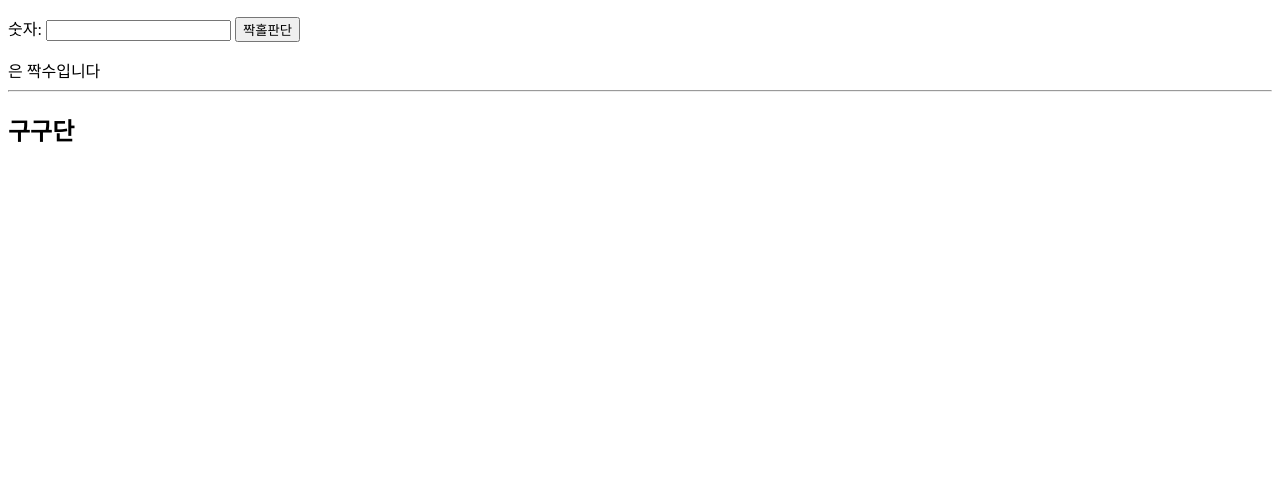
Repository: potatoy1/learning-jsp
Page: http://localhost/JSPBook/ch03/jstl.jsp
The author's editor kept a copy of each file at every save. The page is drawn from the files as they stood at one save, then again after a run of saves.
The browser window is 1280 px wide. The pictures show the whole page.
The page is served by Tomcat 9.

Above is the page before, as saved 2022-09-27 08:27:03.

After the next 2 saves:
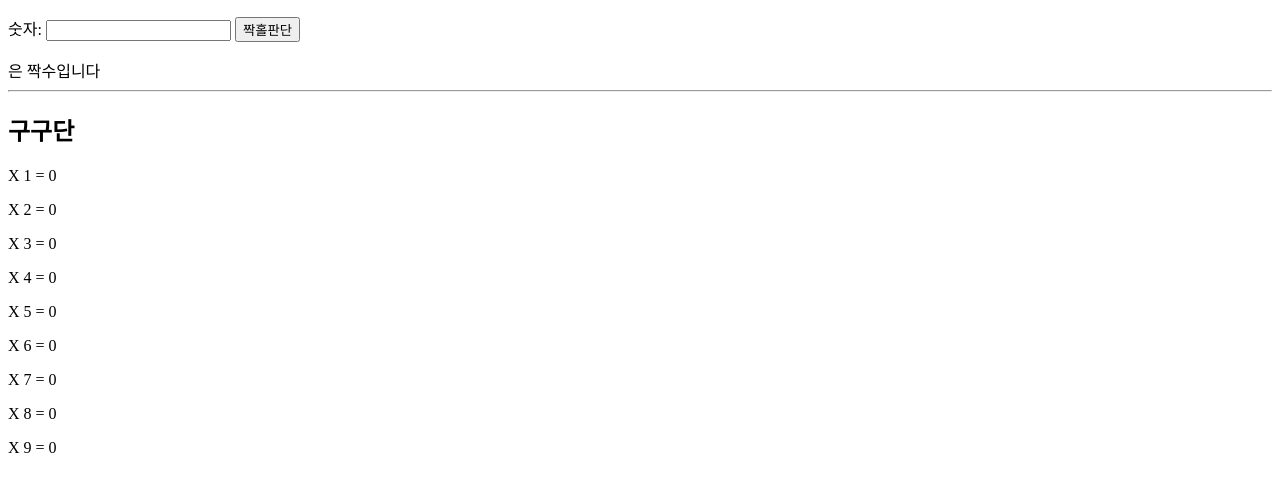
The 2 saves are shown as one change because 1 did not build or start.
The last was saved 5 min 49 s later.
--- a/JSPBook/WebContent/ch03/jstl.jsp
+++ b/JSPBook/WebContent/ch03/jstl.jsp
@@ -57,6 +57,9 @@ JSTL? Jsp Standard Tag Library
 	<!-- 넘어온 파라미터를 통해 구구단을 출력해보자
 		단, c:forEach문을 사용해보자 -->
 	<h2>구구단</h2>
+	<c:forEach var="i" begin="1" end="9">
+		<p>${num2} X ${i} = ${num *i}</p>
+	</c:forEach>
 
 <script type="text/javascript">
 	let num3 = "${param.num}"
